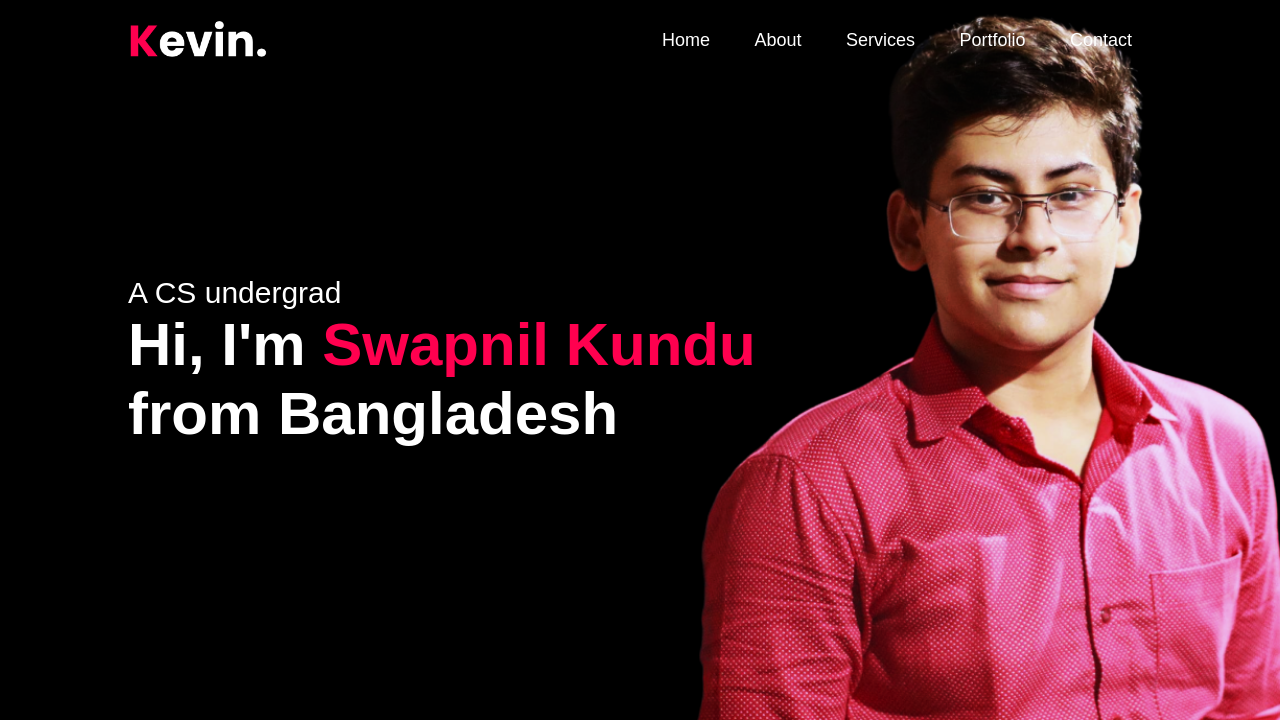
Repository: SwapnilKundu/portfolio
Page: index.html
The author's editor kept a copy of each file at every save. The page is drawn from the files as they stood at one save, then again after the next save.
The browser window is 1280 px wide. The pictures show the whole page.

Above is the page before, as saved 2024-01-19 03:15:36.

After the next save:
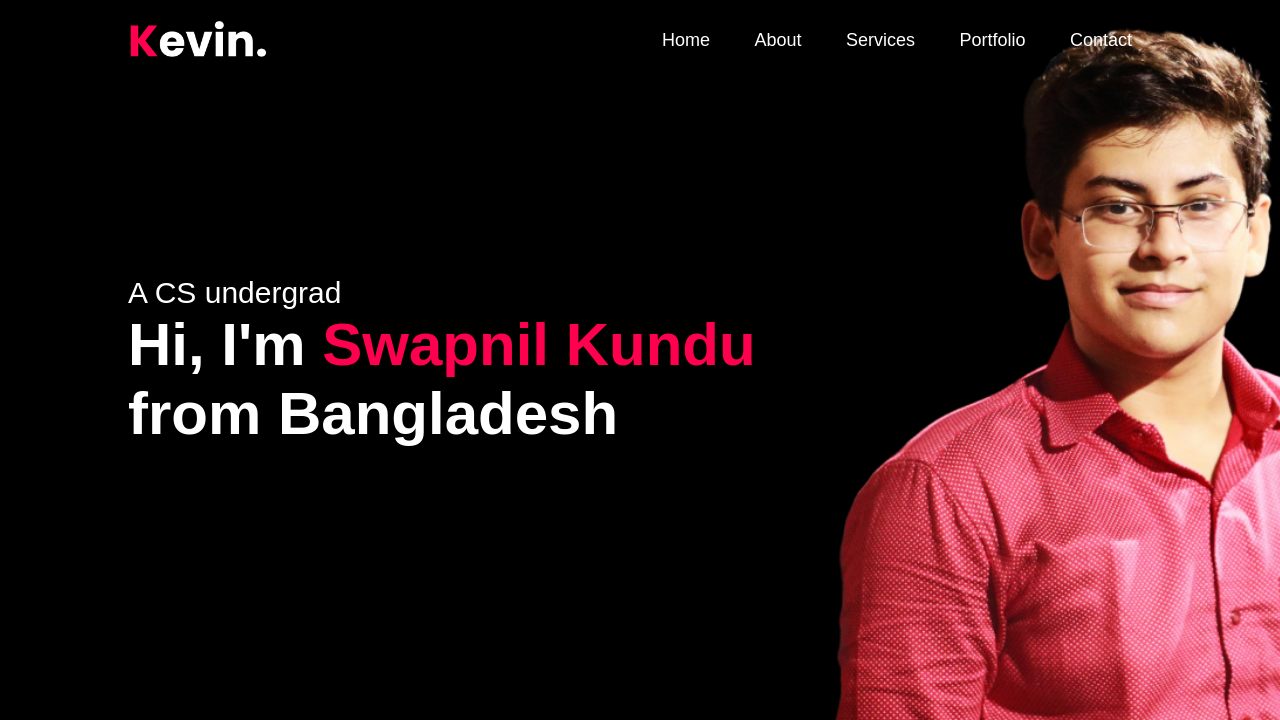
Saved 9 min 23 s later.
--- a/style.css
+++ b/style.css
@@ -15,7 +15,7 @@
 {
     width: 100%;
     height: 100vh;
-    background-image: url(images/ccc2.png);
+    background-image: url(images/ccc3.png);
     background-size: cover;
     background-position: left;
     background-repeat: no-repeat;

After the save that followed:
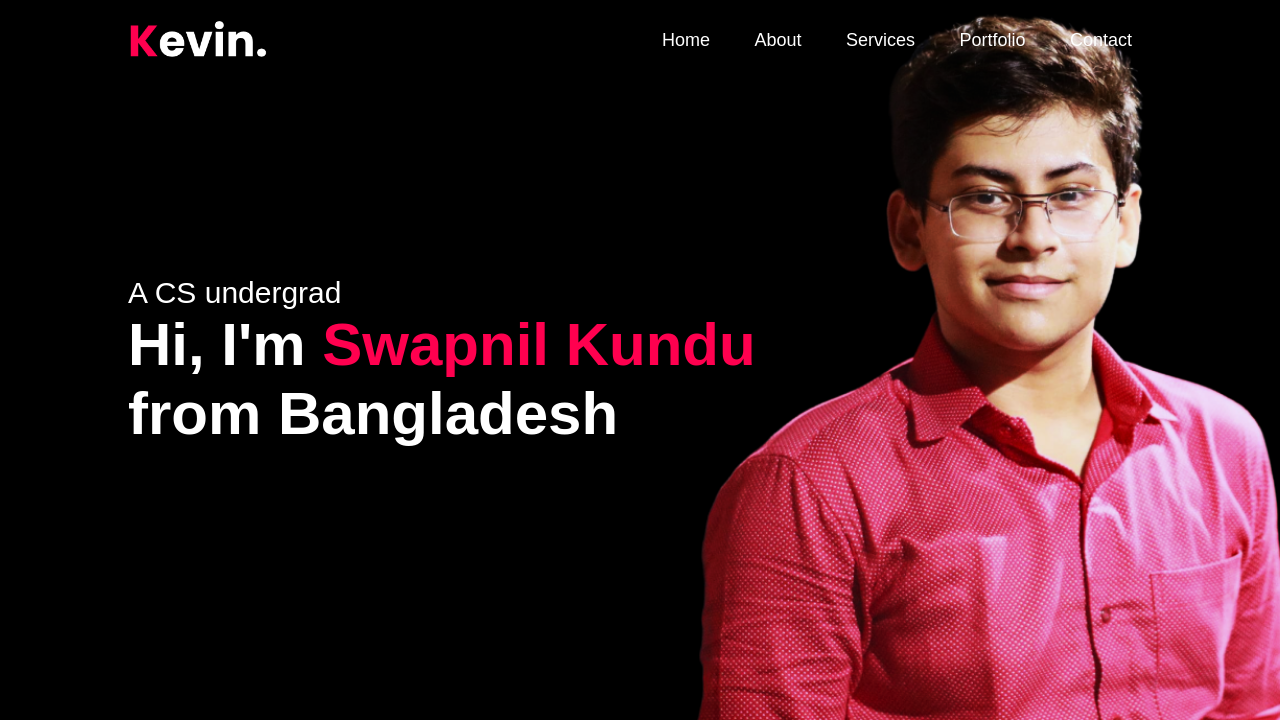
Saved 13 s later.
--- a/style.css
+++ b/style.css
@@ -15,7 +15,7 @@
 {
     width: 100%;
     height: 100vh;
-    background-image: url(images/ccc3.png);
+    background-image: url(images/ccc2.png);
     background-size: cover;
     background-position: left;
     background-repeat: no-repeat;
